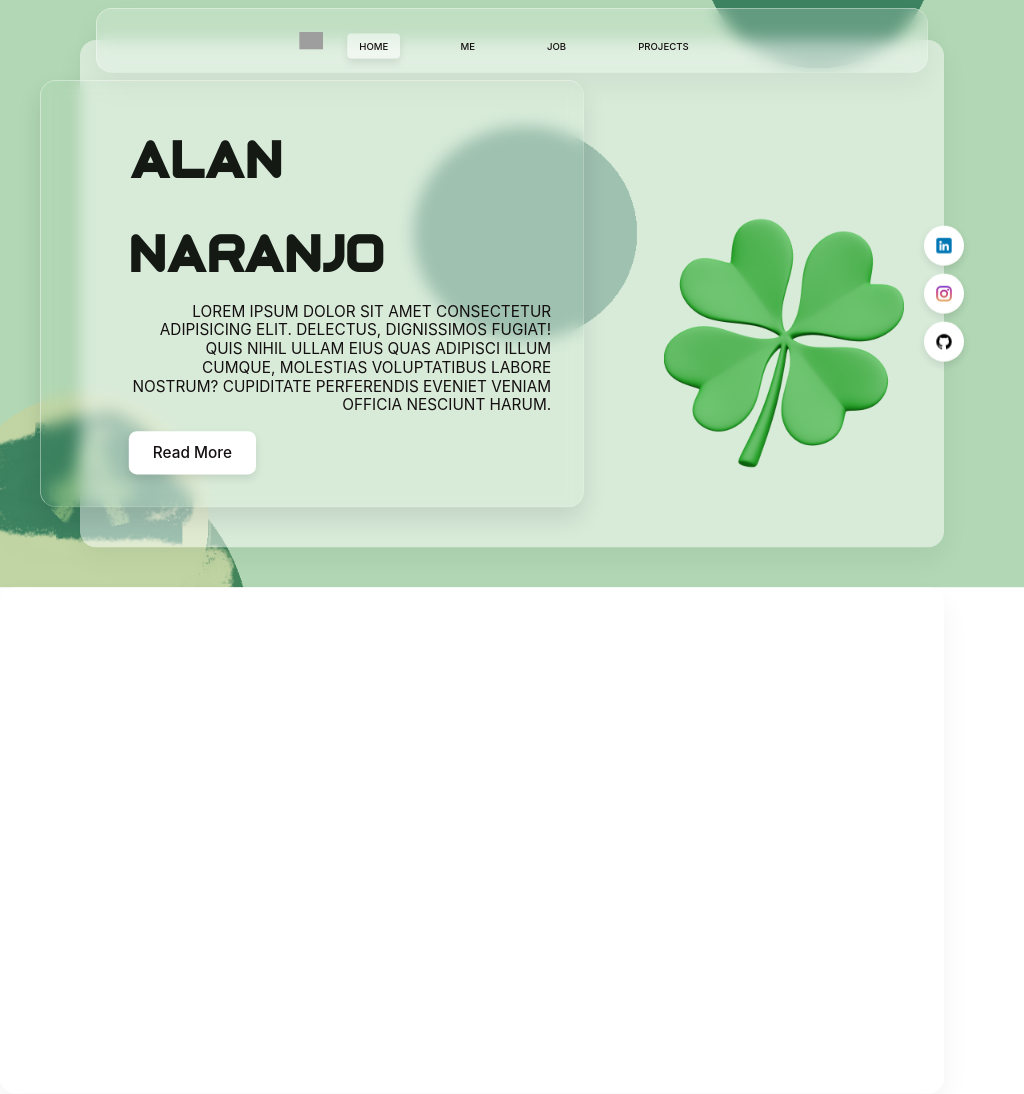
Repository: L-A-M-J-O/Me-sitio-Web
Page: / (app in my-project/)
These files come from the project's save history. The page is drawn as it stood at one moment and after the next save; the edit follows.
The browser window is 1280 px wide. The pictures show the whole page, at 80% of full size.
Pictures or frames that could not be fetched are drawn as grey boxes. Backgrounds fixed to the window are drawn as part of the page. The project was rebuilt for these pictures with package versions that can differ from the ones it lists, and the page was loaded fresh each time.

Above is the page before, as saved 2022-09-19 16:42:06.

After the next save:
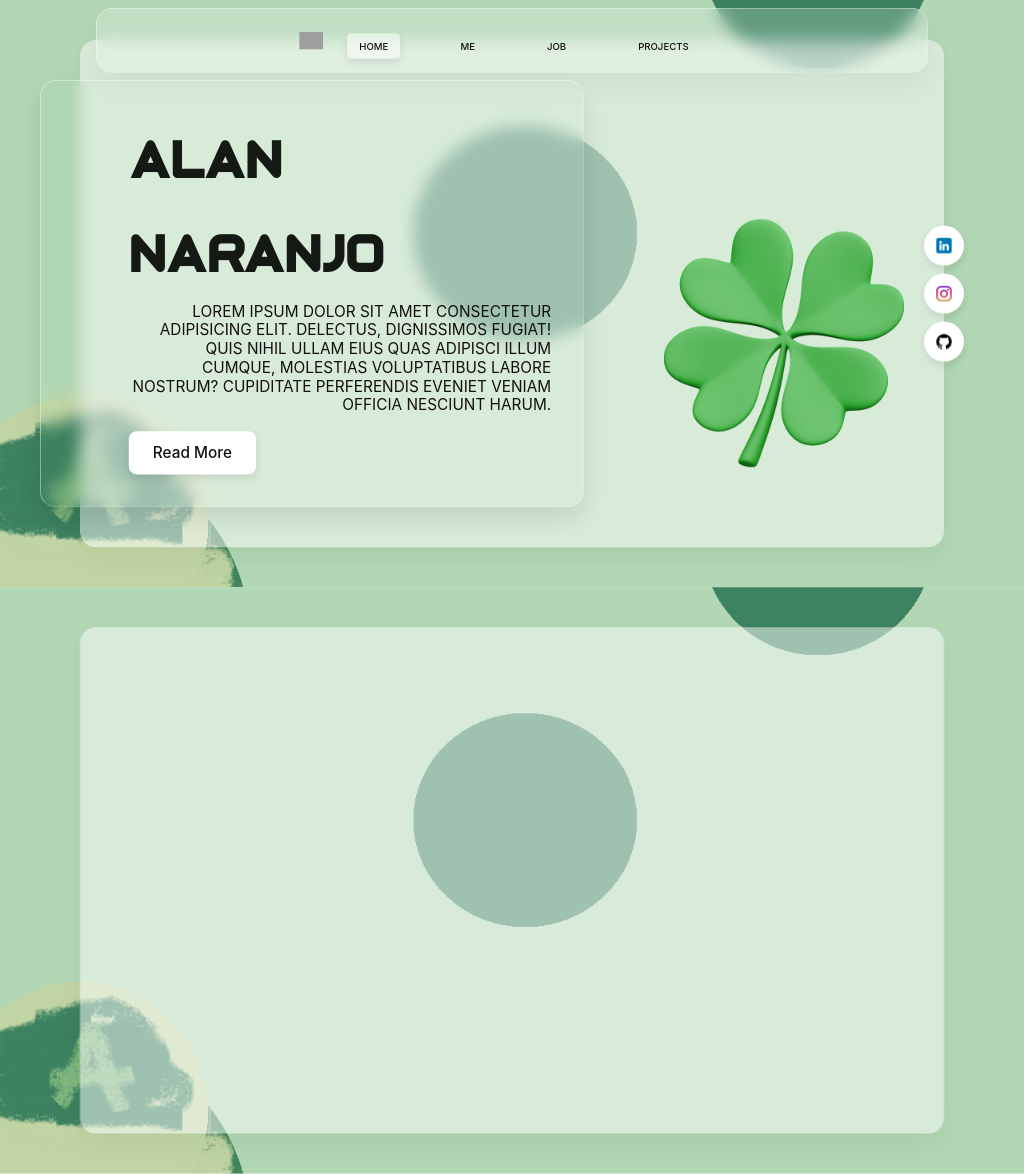
Saved 9 s later.
--- a/my-project/src/components/Me/Me.css
+++ b/my-project/src/components/Me/Me.css
@@ -1,6 +1,4 @@
 .section-me {
-
-    section {
         display: flex;
         justify-content: center;
         align-items: center;
@@ -9,7 +7,6 @@
         background-position: center;
         background-attachment: fixed;
         padding: 50px;
-    }
 }
 
 
